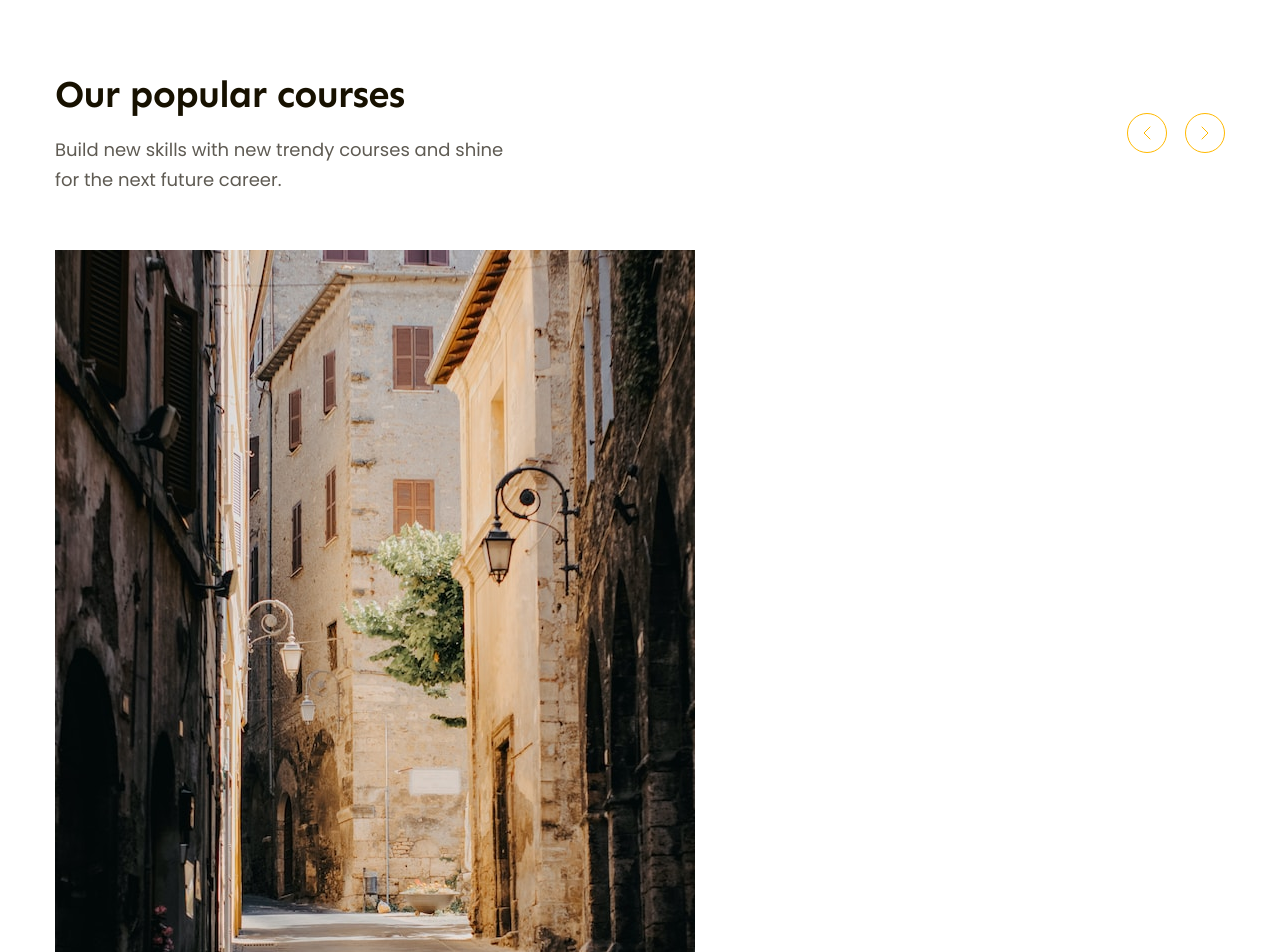
Repository: empty24062002/f8-htmlcss-02-pratice
Page: index.html
These files come from the project's save history. The page is drawn as it stood at one moment and after the next save; the edit follows.
The browser window is 1280 px wide. The pictures show the part of the page from y = 1001 to 1953 px (the page is 5187 px tall).
A picture or video elsewhere on the page could not be fetched, so the positions and the page height are approximate.

Above is the page before, as saved 2023-07-18 22:16:33.

After the next save:
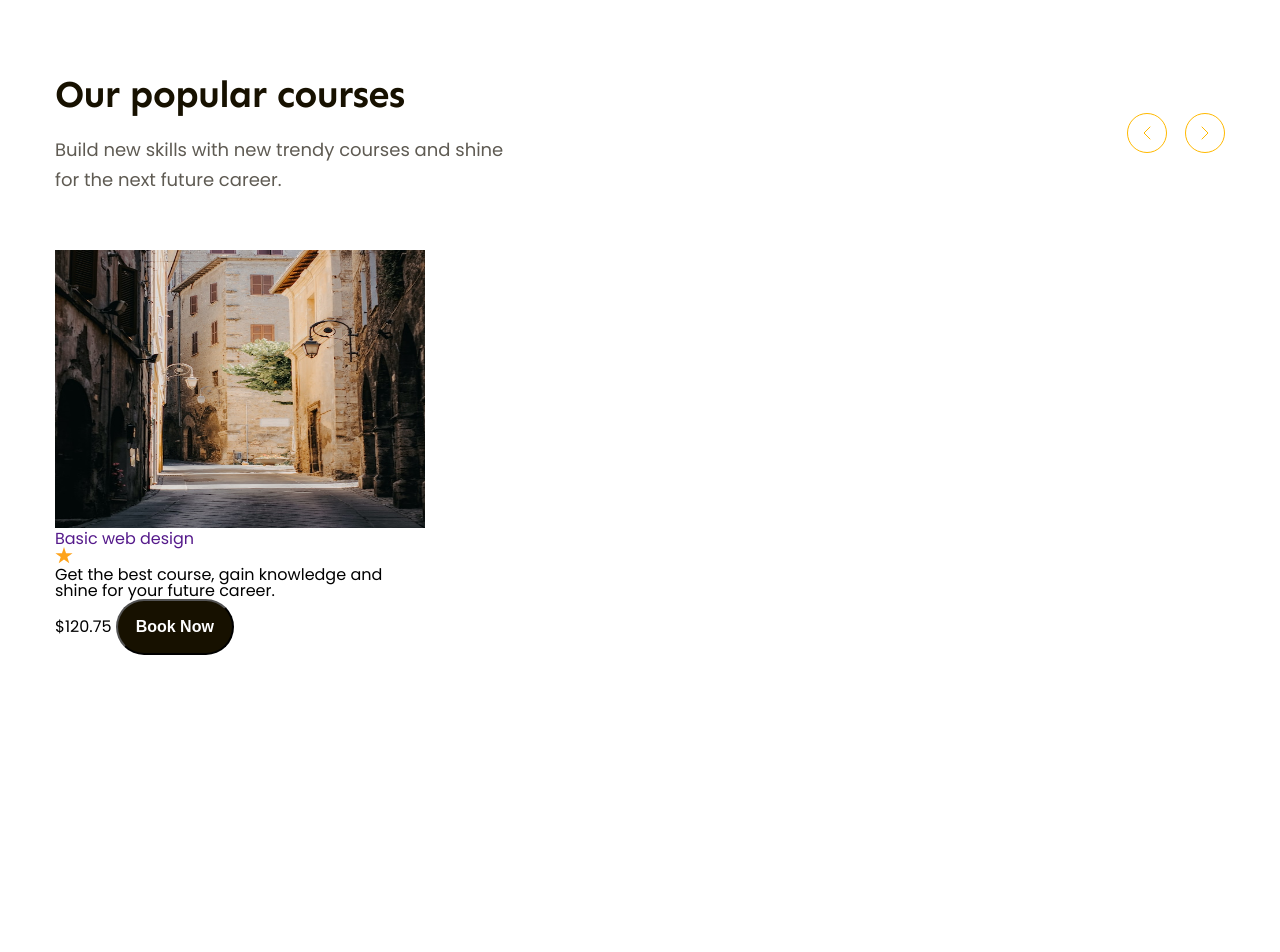
Saved 34 s later.
--- a/assets/css/styles.css
+++ b/assets/css/styles.css
@@ -317,3 +317,8 @@ a {
 .course-item {
     width: 370px;
 }
+
+.popular-course-list .thumb {
+    width: 370px;
+    height: 278px;
+}
